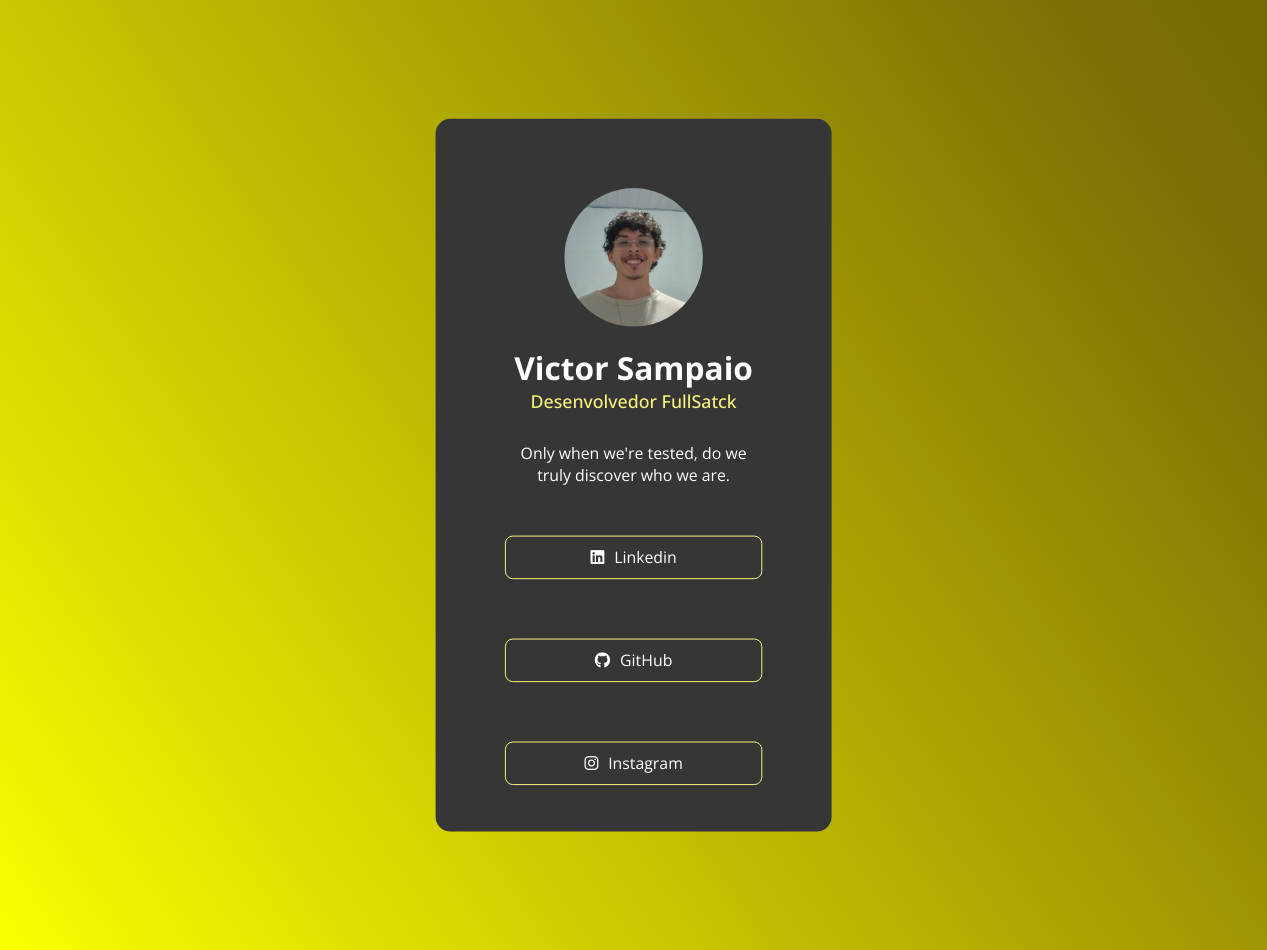
Repository: VictorSampaioDev/linkthree-gt9
Page: index.html
An editor plug-in stored every save of this project. The page is shown before and after a run of saves, followed by the edit.
The browser window is 1280 px wide. The pictures show the whole page, at 99% of full size.

Above is the page before, as saved 2025-04-11 11:47:30.

After the next 3 saves:
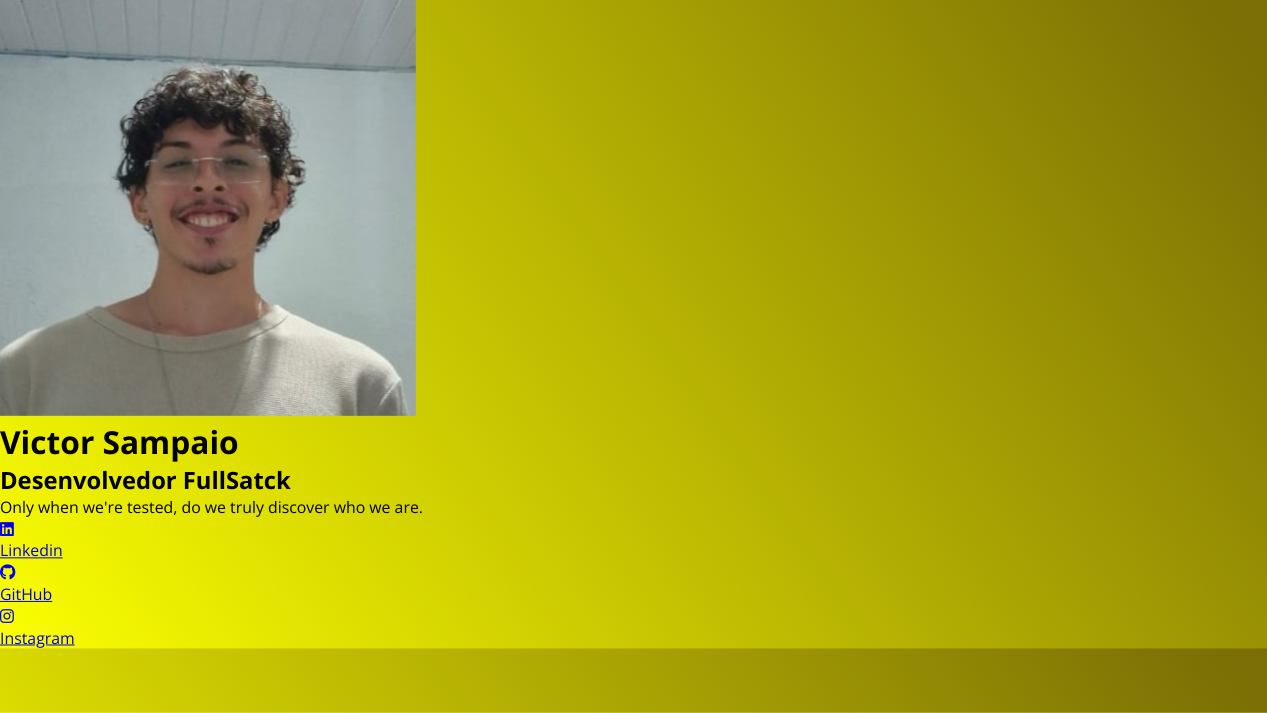
The 3 saves are shown as one change because they came seconds apart.
The last was saved 10 s later.
--- a/style.css
+++ b/style.css
@@ -12,8 +12,8 @@
 }
 @keyframes gradientShift{
     0%(background-position 0% 50%;)
-    50%{background-position 50% 100%;}
-    100%{background-position 0% 50%;}
+    50%(background-position 50% 100%;)
+    100%{background-position 0% 50%;)
 }
 .container-main{
     background-color: #363636;

After the 2 saves that followed:
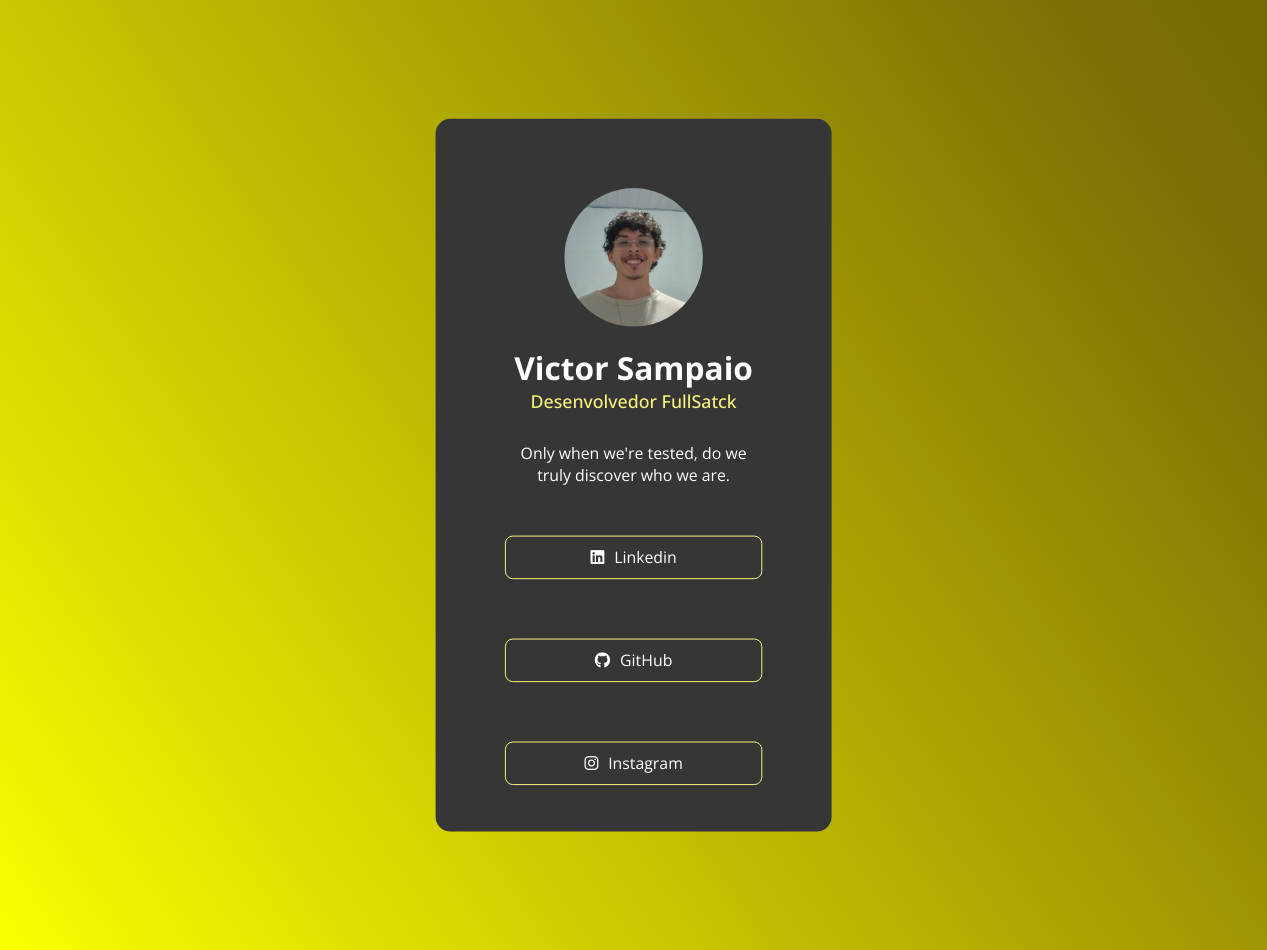
The 2 saves are shown as one change because they came seconds apart.
The last was saved 6 s later.
--- a/style.css
+++ b/style.css
@@ -13,7 +13,7 @@
 @keyframes gradientShift{
     0%(background-position 0% 50%;)
     50%(background-position 50% 100%;)
-    100%{background-position 0% 50%;)
+    100(background-position 0% 50%;)
 }
 .container-main{
     background-color: #363636;
